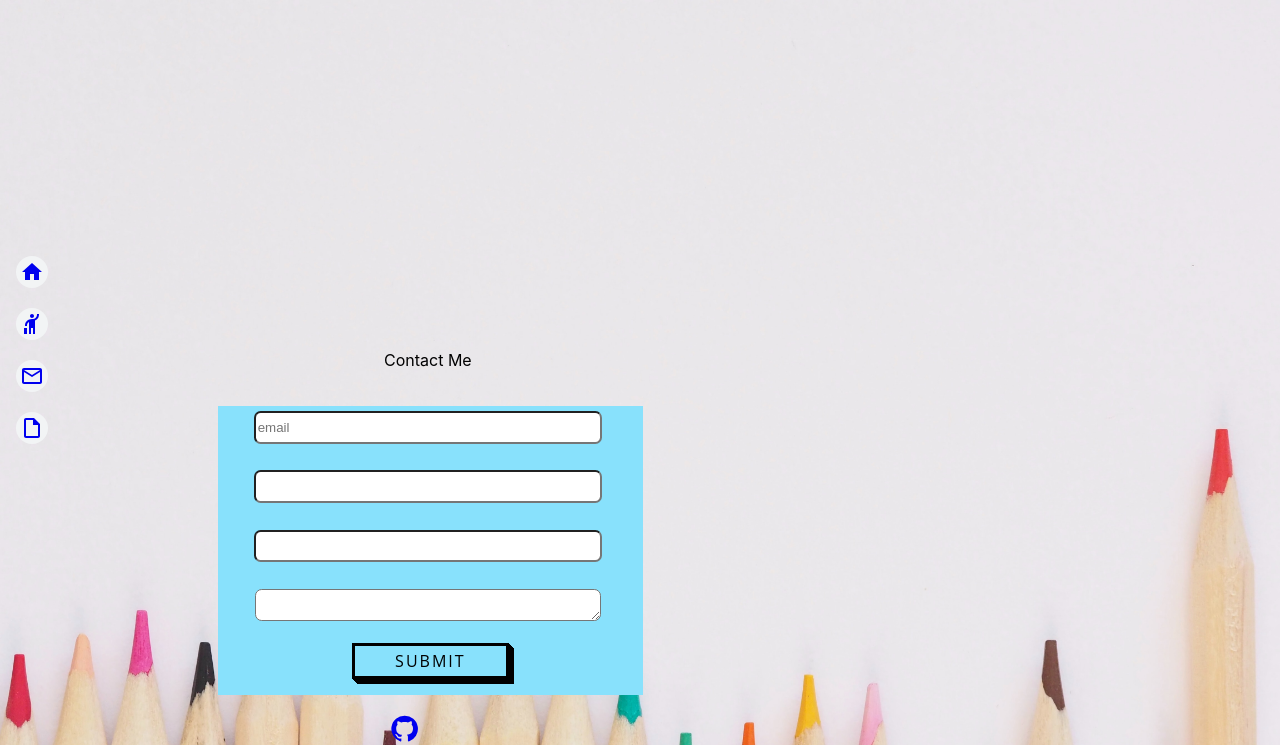
Repository: ujjawalmittal55/portfolio1
Page: /contact
These files come from the project's save history. The page is drawn as it stood at one moment and after the next save; the edit follows.
The browser window is 1280 px wide. The pictures show the whole page.
The project was rebuilt for these pictures with package versions that can differ from the ones it lists, and the page was loaded fresh each time. Also part of the build but not shown: src/display.css, src/Display.tsx, src/about.css, src/About.jsx, src/document.css, src/Document.jsx.

Above is the page before, as saved 2022-05-18 22:24:43.

After the next save:
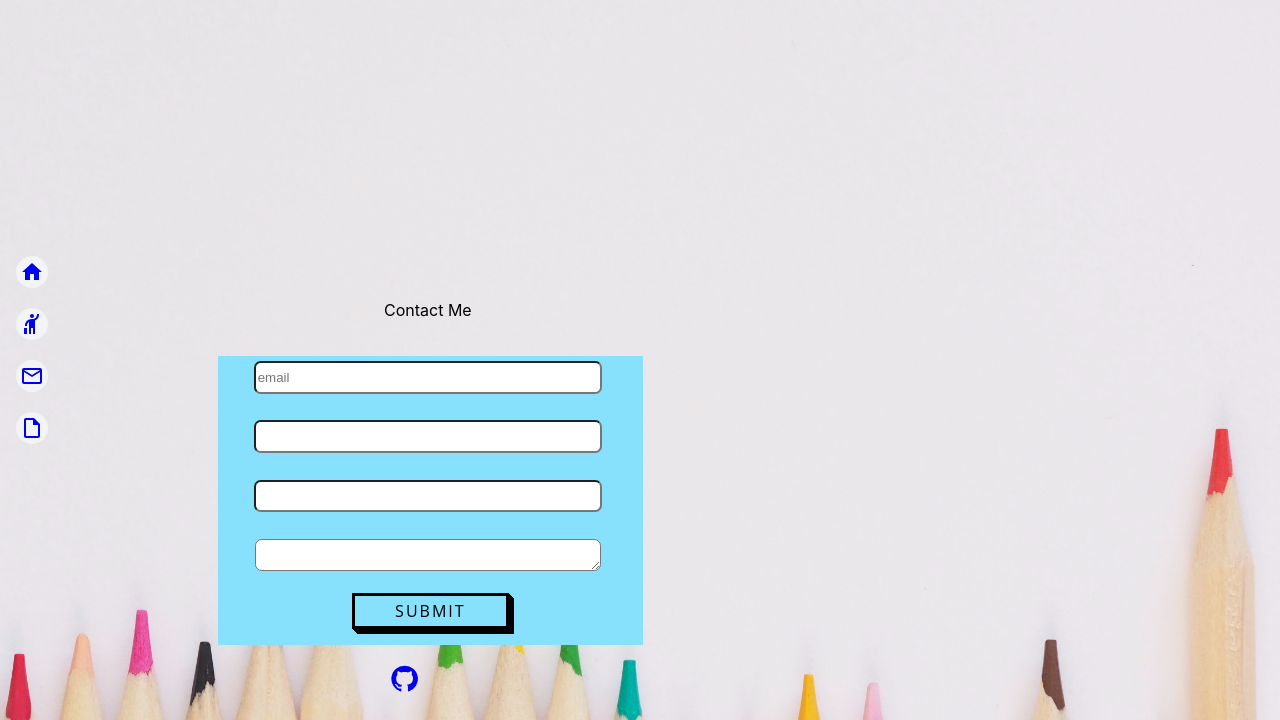
Saved 31 s later.
--- a/src/Contact.jsx
+++ b/src/Contact.jsx
@@ -40,7 +40,12 @@ function Contact() {
       <motion.div className="contact">
         {" "}
         Contact Me
-        <svg xmlns="http://www.w3.org/2000/svg">
+        <svg
+          xmlns="http://www.w3.org/2000/svg"
+          width="100"
+          height="100"
+          viewBox="0 0 100 100"
+        >
           <path d="M670 12780 c-11 -11 -20 -33 -20 -49 0 -23 8 -34 36 -52 48 -30 69 -17 68 40 -1 42 -25 81 -51 81 -7 0 -22 -9 -33 -20z" />
         </svg>
       </motion.div>
